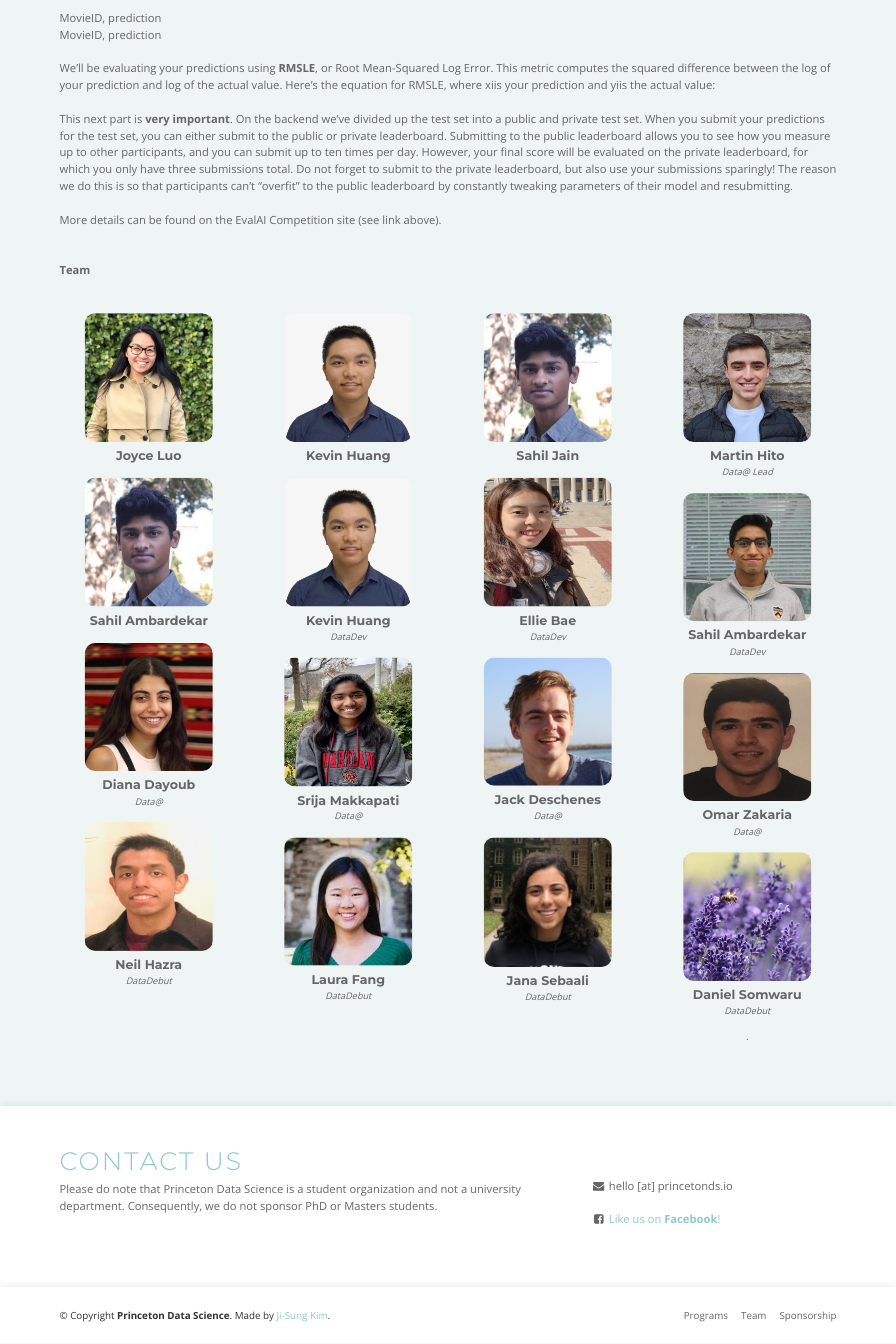
Repository: princetonds/princetonds.github.io
Page: team2.html
The author's editor kept a copy of each file at every save. The page is drawn from the files as they stood at one save, then again after a run of saves.
The browser window is 1280 px wide. The pictures show the part of the page from y = 2008 to 3928 px (the page is 3928 px tall before and 3906 px after), at 70% of full size.

Above is the page before, as saved 2021-03-20 23:00:33.
Console error: TypeError: Cannot read properties of null (reading 'innerHTML')

After the next 3 saves:
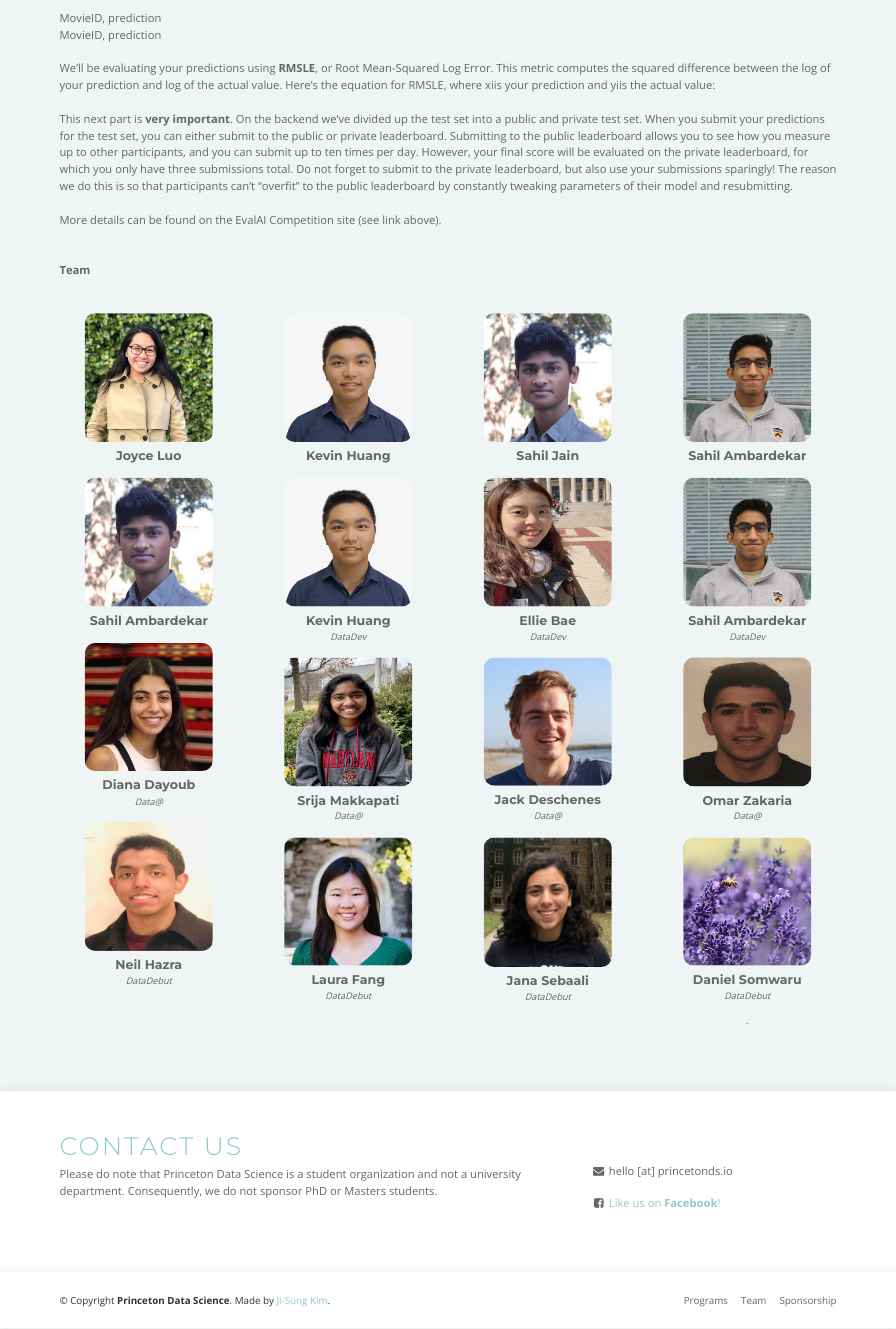
The 3 saves are shown as one change because they came seconds apart.
The last was saved 20 s later.
--- a/team2.html
+++ b/team2.html
@@ -317,9 +317,8 @@
                 <h2 style="text-align:center; color: Black"></h2>
                 <!-- <p style="text-align:center;">Enter team description here...</p> -->
                 <div class="member2">
-                  <div class="pic"><img src="img/team/martin.jpg" alt=""></div>
-                  <h4>Martin Hito</h4>
-                  <span>Data@ Lead</span>
+                  <div class="pic"><img src="img/team/sahila.jpg" alt=""></div>
+                  <h4>Sahil Ambardekar</h4>
                   <!-- <div class="social">
                     <p class="profile-description">.</p>
                   </div> -->
